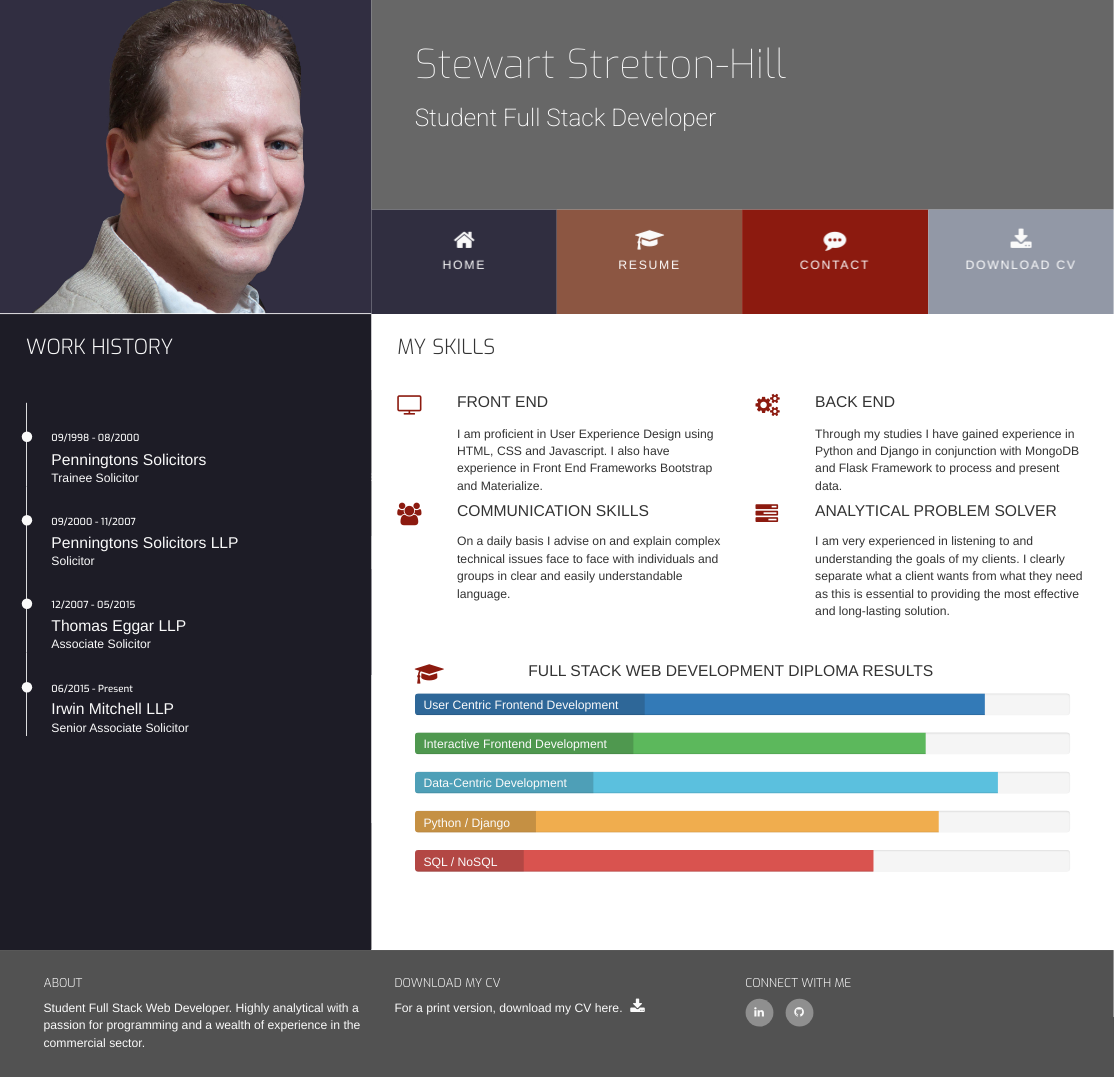
Repository: Shilldon/CV
Page: resume.html
The author's editor kept a record of every edit. The page is drawn from the files as they stood at one moment, then again after the next edit.
The browser window is 1280 px wide. The pictures show the whole page, at 87% of full size.

Above is the page before.

After the next edit:
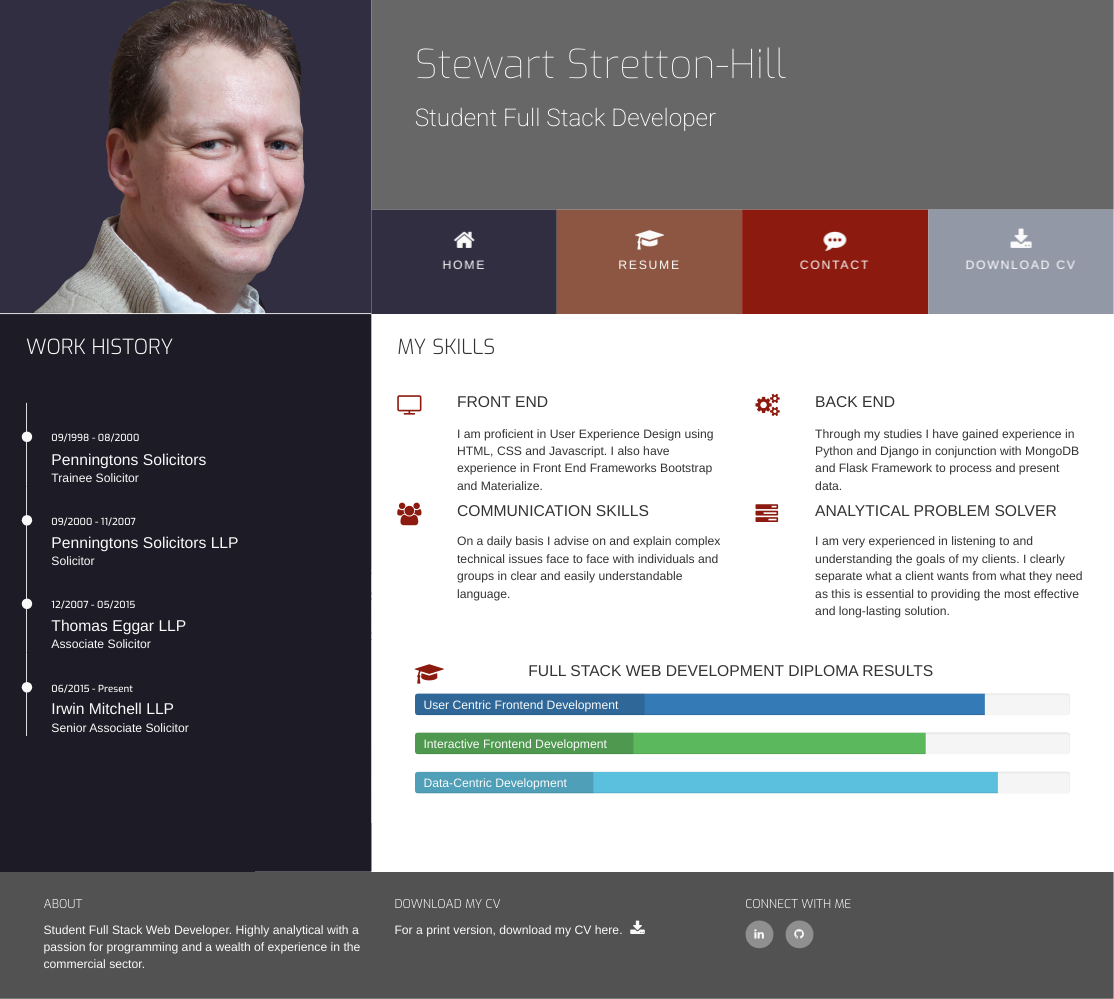
The edit:
--- a/resume.html
+++ b/resume.html
@@ -165,21 +165,6 @@
                         </div>
                         <span class="progress-type">Data-Centric Development</span>
                     </div>
-                    <div class="progress">
-                        <div class="progress-bar progress-bar-warning" role="progressbar" aria-valuenow="80" aria-valuemin="0" aria-valuemax="100" style="width:80%">
-                            <span class="sr-only"> 80% </span>
-                            <!-- screen reader only - sr-only -->
-                        </div>
-                        <span class="progress-type">Python / Django</span>
-                    </div>
-                    <div class="progress">
-                        <div class="progress-bar progress-bar-danger" role="progressbar" aria-valuenow="70" aria-valuemin="0" aria-valuemax="100" style="width:70%">
-                            <span class="sr-only"> 70% </span>
-                            <!-- screen reader only - sr-only -->
-                        </div>
-                        <span class="progress-type">SQL / NoSQL</span>
-                    </div>
-
                 </div>
             </div>
         </div>
